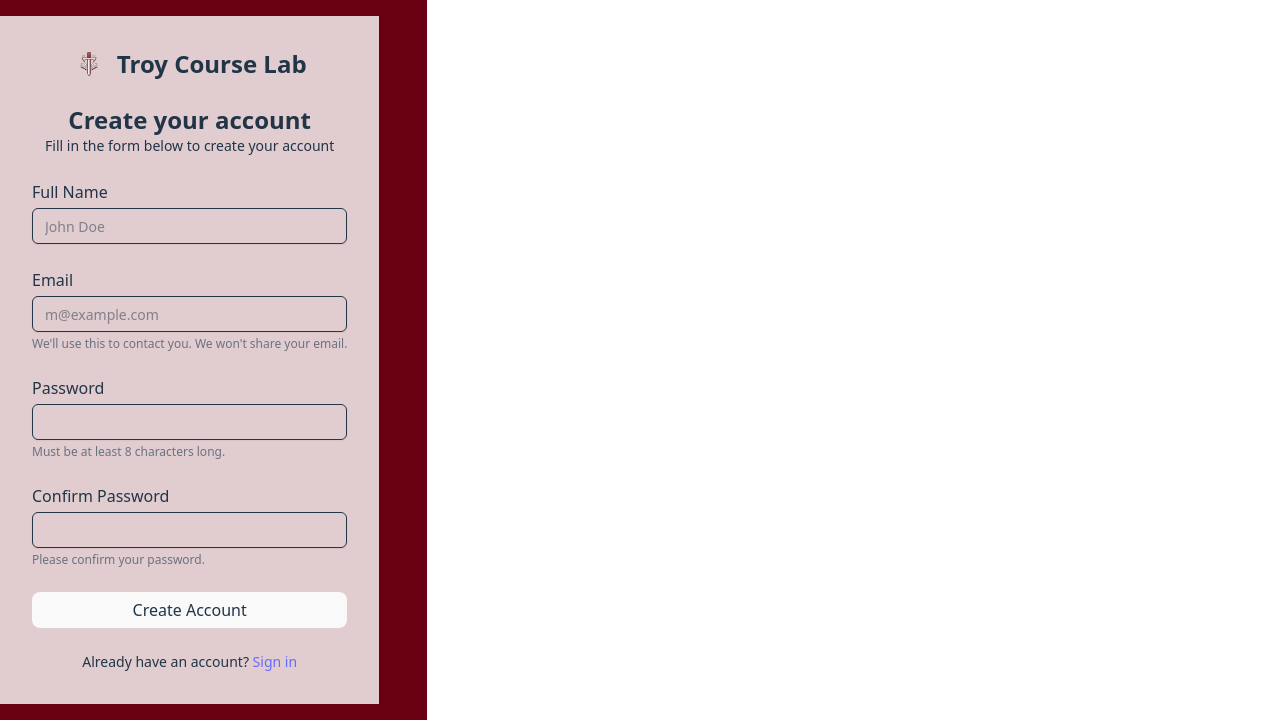
Repository: toilatrung/auth-ui-kit
Page: /register
The author's editor kept a copy of each file at every save. The page is drawn from the files as they stood at one save, then again after the next save.
The browser window is 1280 px wide. The pictures show the whole page.
The project was rebuilt for these pictures with package versions that can differ from the ones it lists, and the page was loaded fresh each time. Also part of the build but not shown: vite.config.ts, src/pages/LoginPage.tsx.

Above is the page before, as saved 2025-11-01 17:29:25.

### index.html
<!doctype html>
<html lang="vi">
  <head>
    <meta charset="UTF-8" />
    <link rel="icon" type="image/svg+xml" href="/troy_logo.svg" />
    <meta name="viewport" content="width=device-width, initial-scale=1.0" />
    <title>features_lib</title>
  </head>
  <body>
    <div id="root"></div>
    <script type="module" src="/src/main.tsx"></script>
  </body>
</html>

### src/App.tsx
import LoginPage from "./pages/LoginPage";
import RegisterPage from "./pages/RegisterPage";
import { BrowserRouter, Routes, Route } from "react-router-dom";

{/* TEST FEATURES */}
function App() {
  return (
    <>
      <BrowserRouter>
        <Routes>
          <Route
            path="/login"
            element={<LoginPage />}
          />
          <Route
            path="/register"
            element={<RegisterPage />}
          />
        </Routes>
      </BrowserRouter>
    </>
  )
}

export default App

### src/pages/RegisterPage.tsx
import { RegisterForm } from "@/components/auth/register-form"

const RegisterPage = () => {
  return (
    <div
      className="flex min-h-screen items-center justify-end bg-[#680011]"
    >
      <div className="w-full max-w-md space-y-6 p-8 bg-white/80 mr-12">
        {/* Logo + Title */}
        <div className="flex items-center justify-center gap-3">
          <img
            src="/tcl_logo.svg"
            alt="Troy Logo"
            className="h-8 w-8"
          />
          <span className="text-2xl font-semibold">Troy Course Lab</span>
        </div>

        {/* Form */}
        <RegisterForm />
      </div>
    </div>
  )
}

export default RegisterPage

### src/components/auth/register-form.tsx
import { z } from "zod"
import { useForm } from "react-hook-form"
import { zodResolver } from "@hookform/resolvers/zod"
import { cn } from "@/lib/utils"
import { Button } from "@/components/ui/button"
import { Input } from "@/components/ui/input"

const formSchema = z
  .object({
    name: z.string().min(1, "Full name is required"),
    email: z.string().email("Invalid email address"),
    password: z.string().min(8, "Password must be at least 8 characters"),
    confirmPassword: z.string().min(8, "Please confirm your password"),
  })
  .refine((data) => data.password === data.confirmPassword, {
    message: "Passwords do not match",
    path: ["confirmPassword"],
  })

type FormData = z.infer<typeof formSchema>

export function RegisterForm({ className, ...props }: React.ComponentProps<"form">) {
  const {
    register,
    handleSubmit,
    formState: { errors },
  } = useForm<FormData>({
    resolver: zodResolver(formSchema),
  })

  const onSubmit = (data: FormData) => {
    console.log("Form submitted:", data)
  }

  return (
    <form
      onSubmit={handleSubmit(onSubmit)}
      className={cn("flex flex-col gap-6 max-w-md mx-auto", className)}
      {...props}
    >
      <div className="text-center">
        <h2 className="text-2xl font-bold">Create your account</h2>
        <p className="text-muted-foreground text-sm">
          Fill in the form below to create your account
        </p>
      </div>

      <div className="flex flex-col gap-1">
        <label htmlFor="name" className="font-medium">Full Name</label>
        <Input id="name" type="text" placeholder="John Doe" {...register("name")} />
        {errors.name && <p className="text-sm text-red-500">{errors.name.message}</p>}
      </div>

      <div className="flex flex-col gap-1">
        <label htmlFor="email" className="font-medium">Email</label>
        <Input id="email" type="email" placeholder="m@example.com" {...register("email")} />
        {errors.email && <p className="text-sm text-red-500">{errors.email.message}</p>}
        <p className="text-xs text-gray-500">
          We&apos;ll use this to contact you. We won&apos;t share your email.
        </p>
      </div>

      <div className="flex flex-col gap-1">
        <label htmlFor="password" className="font-medium">Password</label>
        <Input id="password" type="password" {...register("password")} />
        {errors.password && <p className="text-sm text-red-500">{errors.password.message}</p>}
        <p className="text-xs text-gray-500">Must be at least 8 characters long.</p>
      </div>

      <div className="flex flex-col gap-1">
        <label htmlFor="confirmPassword" className="font-medium">Confirm Password</label>
        <Input id="confirmPassword" type="password" {...register("confirmPassword")} />
        {errors.confirmPassword && (
          <p className="text-sm text-red-500">{errors.confirmPassword.message}</p>
        )}
        <p className="text-xs text-gray-500">Please confirm your password.</p>
      </div>

      <Button type="submit">Create Account</Button>

      <p className="text-center text-sm">
        Already have an account? <a href="#" className="text-blue-500">Sign in</a>
      </p>
    </form>
  )
}

### src/components/ui/button.tsx
import * as React from "react"
import { Slot } from "@radix-ui/react-slot"
import { cva, type VariantProps } from "class-variance-authority"

import { cn } from "@/lib/utils"

const buttonVariants = cva(
  "inline-flex items-center justify-center gap-2 whitespace-nowrap rounded-md text-sm font-medium transition-all disabled:pointer-events-none disabled:opacity-50 [&_svg]:pointer-events-none [&_svg:not([class*='size-'])]:size-4 shrink-0 [&_svg]:shrink-0 outline-none focus-visible:border-ring focus-visible:ring-ring/50 focus-visible:ring-[3px] aria-invalid:ring-destructive/20 dark:aria-invalid:ring-destructive/40 aria-invalid:border-destructive",
  {
    variants: {
      variant: {
        default: "bg-primary text-primary-foreground hover:bg-primary/90",
        destructive:
          "bg-destructive text-white hover:bg-destructive/90 focus-visible:ring-destructive/20 dark:focus-visible:ring-destructive/40 dark:bg-destructive/60",
        outline:
          "border bg-background shadow-xs hover:bg-accent hover:text-accent-foreground dark:bg-input/30 dark:border-input dark:hover:bg-input/50",
        secondary:
          "bg-secondary text-secondary-foreground hover:bg-secondary/80",
        ghost:
          "hover:bg-accent hover:text-accent-foreground dark:hover:bg-accent/50",
        link: "text-primary underline-offset-4 hover:underline",
      },
      size: {
        default: "h-9 px-4 py-2 has-[>svg]:px-3",
        sm: "h-8 rounded-md gap-1.5 px-3 has-[>svg]:px-2.5",
        lg: "h-10 rounded-md px-6 has-[>svg]:px-4",
        icon: "size-9",
        "icon-sm": "size-8",
        "icon-lg": "size-10",
      },
    },
    defaultVariants: {
      variant: "default",
      size: "default",
    },
  }
)

function Button({
  className,
  variant,
  size,
  asChild = false,
  ...props
}: React.ComponentProps<"button"> &
  VariantProps<typeof buttonVariants> & {
    asChild?: boolean
  }) {
  const Comp = asChild ? Slot : "button"

  return (
    <Comp
      data-slot="button"
      className={cn(buttonVariants({ variant, size, className }))}
      {...props}
    />
  )
}

export { Button, buttonVariants }

### src/components/ui/input.tsx
import * as React from "react"

import { cn } from "@/lib/utils"

function Input({ className, type, ...props }: React.ComponentProps<"input">) {
  return (
    <input
      type={type}
      data-slot="input"
      className={cn(
        "file:text-foreground placeholder:text-muted-foreground selection:bg-primary selection:text-primary-foreground dark:bg-input/30 border-input h-9 w-full min-w-0 rounded-md border bg-transparent px-3 py-1 text-base shadow-xs transition-[color,box-shadow] outline-none file:inline-flex file:h-7 file:border-0 file:bg-transparent file:text-sm file:font-medium disabled:pointer-events-none disabled:cursor-not-allowed disabled:opacity-50 md:text-sm",
        "focus-visible:border-ring focus-visible:ring-ring/50 focus-visible:ring-[3px]",
        "aria-invalid:ring-destructive/20 dark:aria-invalid:ring-destructive/40 aria-invalid:border-destructive",
        className
      )}
      {...props}
    />
  )
}

export { Input }

Loaded but not shown: src/main.tsx (common file); src/index.css (common file); src/lib/utils.ts (common file)

After the next save:
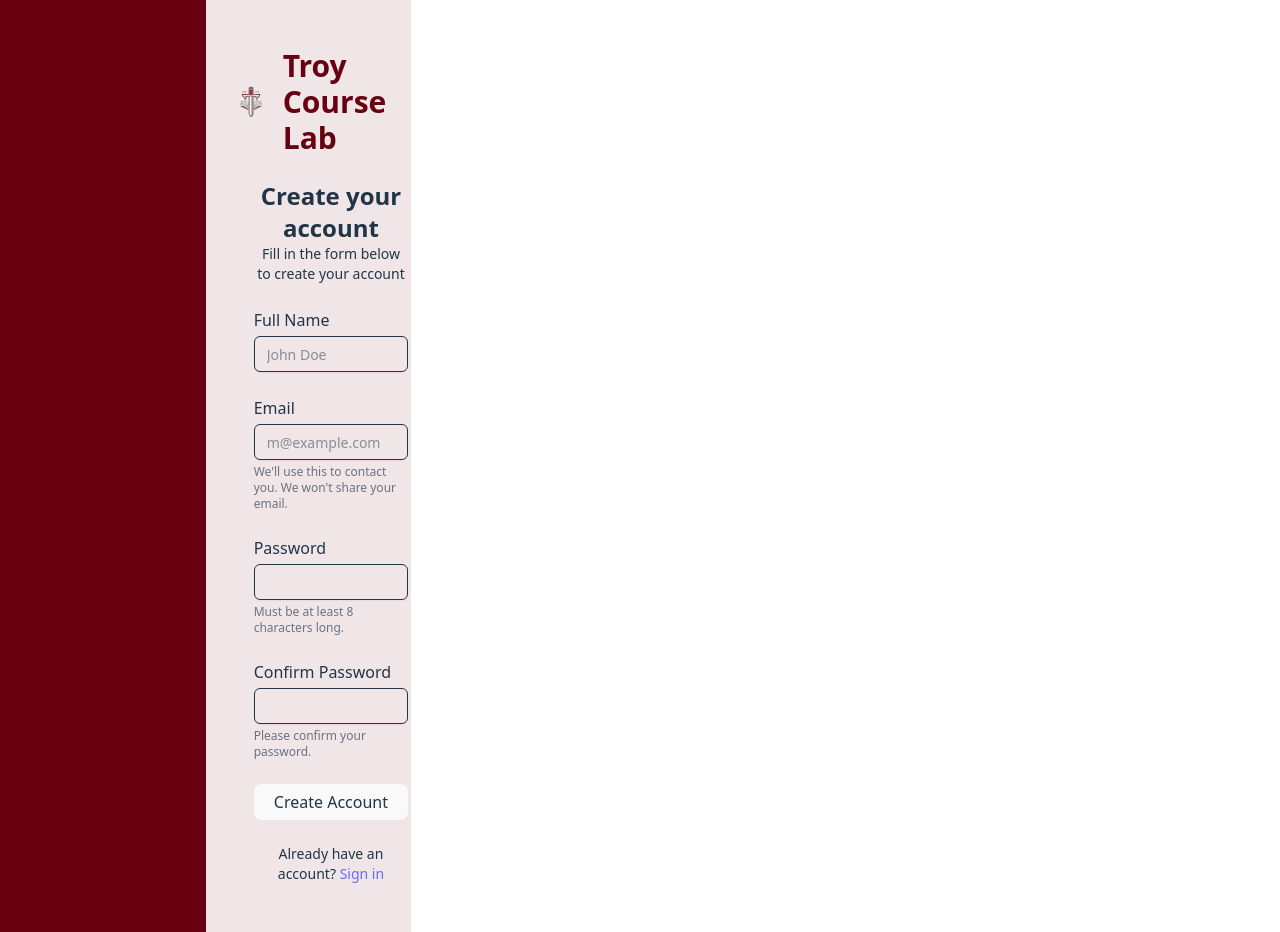
Saved 49 s later.
--- a/src/pages/RegisterPage.tsx
+++ b/src/pages/RegisterPage.tsx
@@ -2,18 +2,22 @@
 
 const RegisterPage = () => {
   return (
-    <div
-      className="flex min-h-screen items-center justify-end bg-[#680011]"
-    >
-      <div className="w-full max-w-md space-y-6 p-8 bg-white/80 mr-12">
+    <div className="flex min-h-screen bg-[#680011]">
+      {/* Nửa bên trái (trống hoặc sau này có thể thêm banner, text, v.v.) */}
+      <div className="w-1/2"></div>
+
+      {/* Nửa bên phải chứa logo và form */}
+      <div className="w-1/2 flex flex-col justify-center items-center bg-white/90 p-12">
         {/* Logo + Title */}
-        <div className="flex items-center justify-center gap-3">
+        <div className="flex items-center justify-center gap-3 mb-6">
           <img
             src="/tcl_logo.svg"
             alt="Troy Logo"
-            className="h-8 w-8"
+            className="h-10 w-10"
           />
-          <span className="text-2xl font-semibold">Troy Course Lab</span>
+          <span className="text-3xl font-semibold text-[#680011]">
+            Troy Course Lab
+          </span>
         </div>
 
         {/* Form */}
